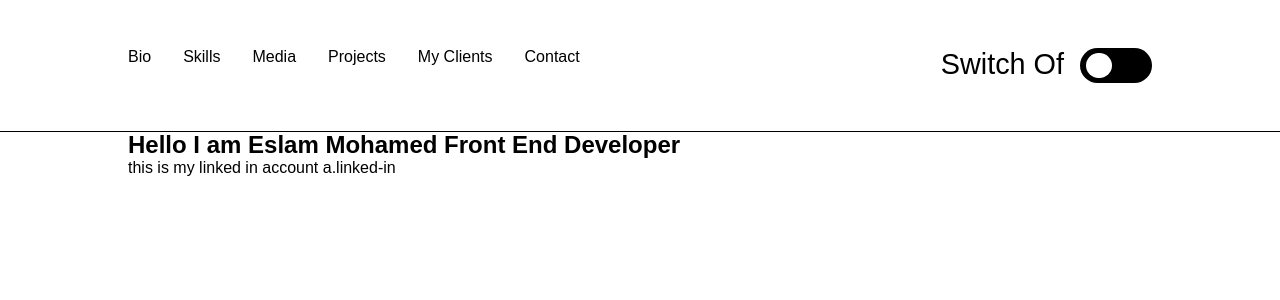
Repository: Eslam0Mohamed/portfolio
Page: index.html
These files come from the project's save history. The page is drawn as it stood at one moment and after a run of saves; the edit follows.
The browser window is 1280 px wide. The pictures show the whole page.

Above is the page before, as saved 2024-07-13 23:24:55.

After the next 3 saves:
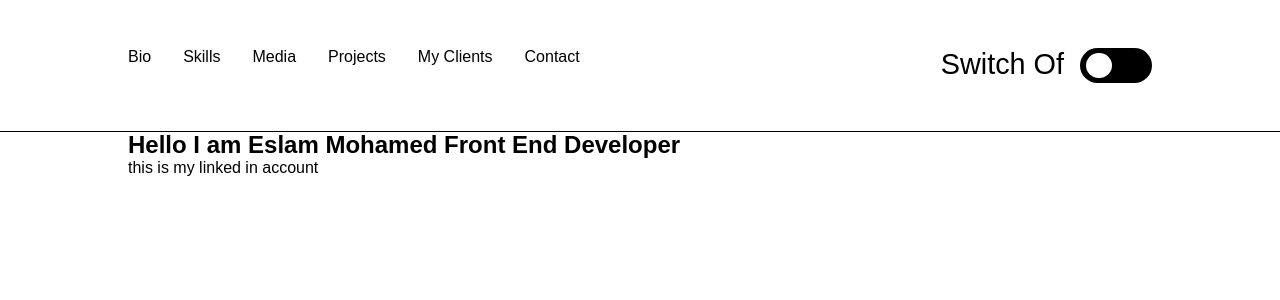
The 3 saves are shown as one change because they came seconds apart.
The last was saved 8 s later.
--- a/index.html
+++ b/index.html
@@ -37,7 +37,7 @@
             <h1 class="bio__heading">Hello I am Eslam Mohamed Front End Developer</h1>
             <p class="bio__objectives">
                 this is my linked in account
-                a.linked-in
+            <a href=""></a>
             </p>
         </section>
     </div>
